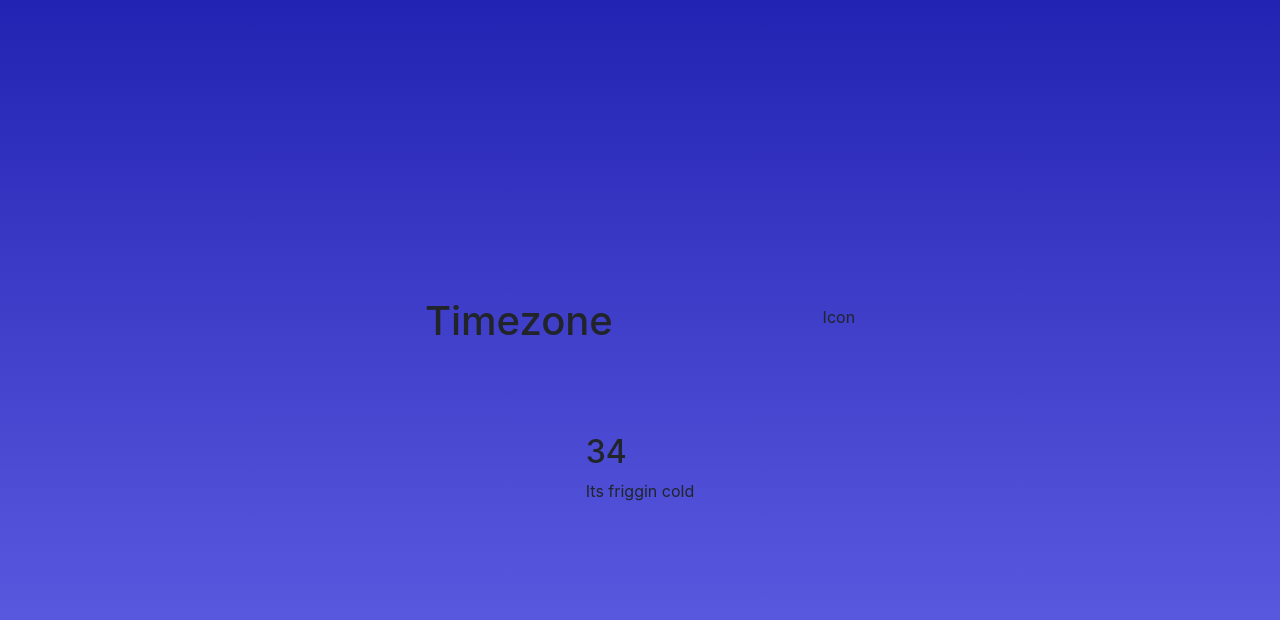
Repository: Samkiroko/js_weather_app
Page: /
The author's editor kept a copy of each file at every save. The page is drawn from the files as they stood at one save, then again after the next save.
The browser window is 1280 px wide. The pictures show the whole page.
The project was rebuilt for these pictures with package versions that can differ from the ones it lists, and the page was loaded fresh each time. Also part of the build but not shown: webpack.config.js.

Above is the page before, as saved 2020-07-28 01:32:56.
Console error: TypeError: Cannot read properties of null (reading 'appendChild')

### index.html
<!DOCTYPE html>
<html lang="en">
  <head>
    <meta charset="UTF-8" />
    <meta name="viewport" content="width=device-width, initial-scale=1.0" />
    <link rel="stylesheet" href="./style.css" />
    <title>Weather App</title>
  </head>
  <body>
    <div class="location">
      <h1 class="location-timezone">Timezone</h1>
      <p>Icon</p>
    </div>
    <div class="temperature">
      <h2 class="temperature-degree">34</h2>
      <div class="temperature-description">Its friggin cold</div>
    </div>
    <script src="app.js"></script>
  </body>
</html>

### src/index.js
import './assets/stylesheets/style.scss';
import {
  drawMainBox,
} from './assets/js/components';


drawMainBox();

### src/assets/stylesheets/style.scss
$dayBottomColor: rgb(97, 97, 230);
$dayTopColor: rgb(35, 35, 179);
$nightBottomColor: rgb(8, 4, 87);
$nigthTopColor: rgb(8, 7, 17);
$colorF: rgb(23, 214, 221);
$colorC: rgb(22, 112, 230);
$mediumFontSize: 2rem;
$largeFontSize: 3.2rem;

@import "~bootstrap/scss/bootstrap";

body {
  height: 100vh;
}

footer {
  a {
    color: rgb(199, 194, 194);
  }

  a:hover {
    color: rgb(99, 223, 240);
    text-decoration: none;
  }
}

.mainBox {
  height: 80vh;
  min-height: 400px;

  @media (max-width: 576px) { width: 95vw; }

  @media (min-width: 576px) and (max-width: 768px) { width: 90vw; }

  @media (min-width: 768px) { width: 80vw; }

  .title {
    @media (max-width: 576px) { font-size: 1rem; }

    @media (min-width: 576px) and (max-width: 768px) { font-size: 1.5rem; }

    @media (min-width: 768px) { font-size: 2rem; }
  }

  .medium-text {
    @media (max-width: 576px) { font-size: 1rem; }

    @media (min-width: 576px) and (max-width: 768px) { font-size: 1.5rem; }

    @media (min-width: 768px) { font-size: 2rem; }
  }

  .large-text {
    @media (max-width: 576px) { font-size: 1.5rem; }

    @media (min-width: 576px) and (max-width: 768px) { font-size: 2.1rem; }

    @media (min-width: 768px) { font-size: 3.2rem; }
  }

  .weatherBox {
    .cityBox {
      @media (max-width: 768px) { width: 40vw; }

      @media (min-width: 768px) { width: 50vw; }

      a:hover {
        text-decoration: none;
      }
    }

    .iconBox {
      width: 10vw;

      @media (max-width: 768px) { width: 10vw; }

      @media (min-width: 768px) { width: 20vw; }

      height: 10vw;
      min-width: 80px;
      min-height: 80px;
    }

    .temperatureBox {
      @media (max-width: 576px) { width: 35vw; }

      @media (min-width: 576px) and (max-width: 768px) { width: 30vw; }

      @media (min-width: 768px) { width: 20vw; }
    }

    .icons {
      width: 30px;
      height: 30px;
    }
  }
}

.switch {
  position: relative;
  display: inline-block;
  width: 60px;
  height: 34px;

  input {
    opacity: 0;
    width: 0;
    height: 0;
  }
}

.slider {
  position: absolute;
  cursor: pointer;
  top: 0;
  left: 0;
  right: 0;
  bottom: 0;
  background-color: $colorC;
  transition: 200ms;
}

.slider::before {
  position: absolute;
  content: "";
  height: 26px;
  width: 26px;
  left: 4px;
  bottom: 4px;
  background-color: white;
  transition: 200ms;
}

input:checked + .slider {
  background-color: $colorF;
}

input:focus + .slider {
  box-shadow: 0 0 1px blue;
}

input:checked + .slider::before {
  transform: translateX(26px);
}

.slider.round {
  border-radius: 34px;
}

.slider.round::before {
  border-radius: 50%;
}

.night {
  background: linear-gradient(to top, $nightBottomColor, $nigthTopColor);
}

.day {
  background: linear-gradient(to top, $dayBottomColor, $dayTopColor);
}

### src/assets/js/components.js
/* eslint-disable import/no-cycle, no-unused-vars */
import { max } from 'moment';
import render from './renderData';
import askAPIFor from './apiData';
import imgHumidity from '../images/humidity.png';
import skyLine from '../images/skyline.png';
import location from '../images/location.png';

const body = document.getElementsByTagName('body')[0];
const container = document.getElementById('container');
const mainBox = document.createElement('div');
const footer = document.createElement('footer');
const background = new Image();
const title = document.createElement('h1');
const textBoxArea = document.createElement('div');
const cityInput = document.createElement('input');
const weatherBox = document.createElement('div');
const cityBox = document.createElement('div');
const iconBox = document.createElement('div');
const temperatureBox = document.createElement('div');
const current = document.createElement('div');
const minMax = document.createElement('div');
const switchBox = document.createElement('div');
const labelSwitch = document.createElement('label');
const inputSwitch = document.createElement('input');
const spanSwitch = document.createElement('span');
const celsius = document.createElement('span');
const fahrenheit = document.createElement('span');
let metric = false;
let unit = '°F';

const tempCelsius = {
  current: 0,
  min: 0,
  max: 0,
};

const tempFahrenheit = {
  current: 0,
  min: 0,
  max: 0,
};

const drawMainBox = () => {
  body.classList.add('day');
  background.src = skyLine;
  mainBox.style.background = `url('${skyLine.slice(4, skyLine.length)}') top/cover no-repeat`;
  mainBox.classList.add('mainBox', 'border', 'border-white', 'mx-auto', 'my-4', 'rounded', 'text-white', 'd-flex', 'flex-column');
  const cityLabel = document.createElement('div');

  title.classList.add('title', 'text-center');
  title.innerHTML = 'Weather app';

  textBoxArea.classList.add('d-flex', 'flex-row', 'justify-content-center', 'align-items-center');

  cityInput.classList.add('w-50');

  cityInput.addEventListener('keypress', function func(e) {
    if (e.keyCode === 13) {
      render(askAPIFor(this.value));
    }
    return false;
  });

  weatherBox.classList.add('weatherBox', 'd-flex', 'flex-row', 'pt-5');

  cityLabel.classList.add('my-3', 'mr-3');
  cityLabel.innerHTML = 'City';

  cityBox.classList.add('cityBox');
  iconBox.classList.add('iconBox');
  iconBox.setAttribute('id', 'iconBox');
  temperatureBox.classList.add('temperatureBox');

  footer.classList.add('text-center', 'text-white', 'footer');
  footer.innerHTML = '© 2020 <a href=\'https://www.carlossantamaria.co\' target=\'_blank\'>Carlos Santamaría</a>';

  textBoxArea.appendChild(cityLabel);
  textBoxArea.appendChild(cityInput);

  weatherBox.appendChild(cityBox);
  weatherBox.appendChild(iconBox);
  weatherBox.appendChild(temperatureBox);

  mainBox.appendChild(title);
  mainBox.appendChild(textBoxArea);
  mainBox.appendChild(weatherBox);

  container.appendChild(mainBox);
  container.appendChild(footer);
};

const changeBackground = (time) => {
  if (time === 'night') {
    if (body.classList.contains('day')) {
      body.classList.remove('day');
    }
    body.classList.add('night');
  } else {
    if (body.classList.contains('night')) {
      body.classList.remove('night');
    }
    body.classList.add('day');
  }
};

const fillCityBox = (city, country, hour, message, humidity, linkMap) => {
  while (cityBox.firstChild) {
    cityBox.removeChild(cityBox.firstChild);
  }
  const place = document.createElement('div');
  const map = location.slice(4, location.length);
  const time = document.createElement('div');
  time.classList.add('medium-text', 'pl-lg-5', 'pl-3');
  const msg = document.createElement('div');
  const humidityBox = document.createElement('div');
  humidityBox.classList.add('d-flex', 'flex-row', 'align-items-center');
  const humidityIcon = new Image();
  humidityIcon.src = imgHumidity.slice(4, imgHumidity.length);
  humidityIcon.classList.add('mx-lg-5', 'mx-3');
  const humidityValue = document.createElement('div');
  humidityValue.innerHTML = `${humidity} %`;
  humidityValue.classList.add('medium-text', 'my-10');
  humidityBox.appendChild(humidityIcon);
  humidityBox.appendChild(humidityValue);
  msg.classList.add('medium-text', 'pl-lg-5', 'pl-3');
  place.innerHTML = `${city}, ${country} <a href='${linkMap}' target='_blank'><img src=${map}></a>`;
  place.classList.add('large-text', 'pl-lg-5', 'pl-3');
  time.innerHTML = hour;
  msg.innerHTML = message;
  cityBox.appendChild(place);
  cityBox.appendChild(time);
  cityBox.appendChild(msg);
  cityBox.appendChild(humidityBox);
};

const fillIconBox = (icon) => {
  const url = `http://openweathermap.org/img/w/${icon}.png`;
  const box = document.getElementById('iconBox');
  box.style.background = `url("${url}") center/cover no-repeat`;
};

const switchUnits = (metric) => {
  if (metric) {
    unit = '°C';
    current.innerHTML = `${tempCelsius.current} ${unit}`;
    minMax.innerHTML = `Min. ${tempCelsius.min}${unit} <br>  Max. ${tempCelsius.max}${unit}`;
  } else {
    unit = '°F';
    current.innerHTML = `${tempFahrenheit.current} ${unit}`;
    minMax.innerHTML = `Min. ${tempFahrenheit.min}${unit} <br>  Max. ${tempFahrenheit.max}${unit}`;
  }
};

const fillTemperatureBox = (temp, tMin, tMax) => {
  while (temperatureBox.firstChild) {
    temperatureBox.removeChild(temperatureBox.firstChild);
  }
  tempFahrenheit.current = temp;
  tempFahrenheit.min = tMin;
  tempFahrenheit.max = tMax;
  tempCelsius.current = Math.round(((temp - 32) * 5) / 9);
  tempCelsius.min = Math.round(((tMin - 32) * 5) / 9);
  tempCelsius.max = Math.round(((tMax - 32) * 5) / 9);
  if (metric) {
    switchUnits(metric);
  } else {
    current.innerHTML = `${temp} ${unit}`;
    minMax.innerHTML = `Min. ${tMin}${unit} <br>  Max. ${tMax}${unit}`;
  }
  current.classList.add('large-text', 'pl-lg-4');
  minMax.classList.add('medium-text', 'pl-lg-4');

  temperatureBox.appendChild(current);
  temperatureBox.appendChild(minMax);

  switchBox.classList.add('mx-lg-4');

  celsius.innerHTML = '°C';
  fahrenheit.innerHTML = '°F';

  labelSwitch.classList.add('switch', 'mx-lg-2');

  inputSwitch.setAttribute('type', 'checkbox');
  metric = inputSwitch.checked;

  spanSwitch.classList.add('slider', 'round');

  labelSwitch.appendChild(inputSwitch);
  labelSwitch.appendChild(spanSwitch);

  inputSwitch.addEventListener('change', () => {
    metric = inputSwitch.checked;
    switchUnits(metric);
  });

  switchBox.appendChild(fahrenheit);
  switchBox.appendChild(labelSwitch);
  switchBox.appendChild(celsius);
  temperatureBox.appendChild(switchBox);
};

export {
  body,
  drawMainBox,
  changeBackground,
  fillCityBox,
  fillIconBox,
  fillTemperatureBox,
};

### src/assets/js/renderData.js
/* eslint-disable import/no-cycle, no-unused-vars */
import moment from 'moment';
import regeneratorRuntime from 'regenerator-runtime';
import {
  changeBackground,
  fillCityBox,
  fillIconBox,
  fillTemperatureBox,
} from './components';

const render = async (data) => {
  const objectData = await data;
  const city = objectData.name;
  const { country } = objectData.sys;
  const temp = Math.round(objectData.main.temp);
  const tempMax = Math.round(objectData.main.temp_max);
  const tempMin = Math.round(objectData.main.temp_min);
  const { humidity } = objectData.main;
  const message = objectData.weather[0].description;
  const { icon } = objectData.weather[0];
  const timeZone = objectData.timezone;
  const offsetInMinutes = timeZone / 60;
  const currTime = moment().utcOffset(offsetInMinutes).format('h:mm A');
  const hours = parseInt(moment().utcOffset(offsetInMinutes).format('HH'), 10);
  const mapLink = `https://www.google.com/maps/@?api=1&map_action=map&center=${objectData.coord.lat},${objectData.coord.lon}&zoom=12&basemap=terrain`;
  if (hours < 6 || hours > 18) {
    changeBackground('night');
  } else {
    changeBackground('day');
  }

  fillCityBox(city, country, currTime, message, humidity, mapLink);
  fillIconBox(icon);
  fillTemperatureBox(temp, tempMin, tempMax);
};


export default render;

### style.css
* {
  margin: 0;
  padding: 0;
  box-sizing: border-box;
}

body {
  height: 100vh;
  display: flex;
  justify-content: center;
  flex-direction: column;
  align-items: center;
  background: linear-gradient(rgb(47, 150, 163), rgb(48, 62, 143));
  font-family: sans-serif;
  color: white;
}

.location {
  height: 30vh;
  width: 50%;
  display: flex;
  justify-content: space-around;
  align-items: center;
}

Loaded but not shown: src/assets/js/apiData.js (no copy from this time; the picture is the same without it); app.js (no stored copy; drawn as an empty file)

After the next save:
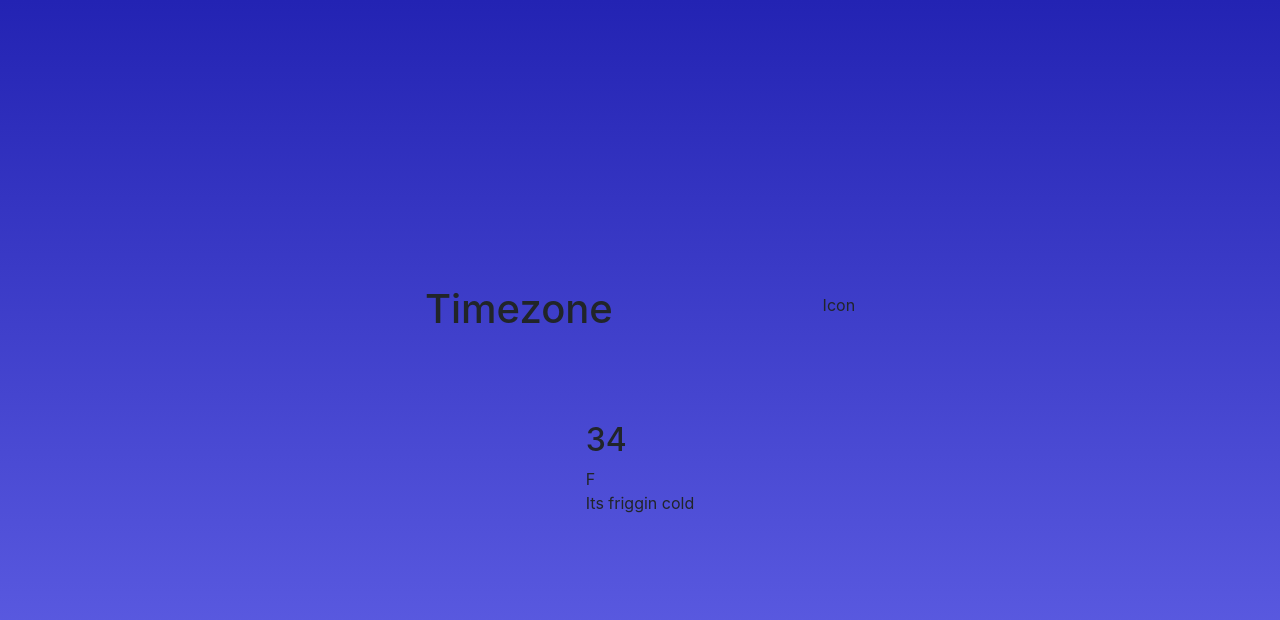
Saved 4 s later.
--- a/index.html
+++ b/index.html
@@ -12,7 +12,10 @@
       <p>Icon</p>
     </div>
     <div class="temperature">
-      <h2 class="temperature-degree">34</h2>
+      <div class="degree-section">
+        <h2 class="temperature-degree">34</h2>
+        <span>F</span>
+      </div>
       <div class="temperature-description">Its friggin cold</div>
     </div>
     <script src="app.js"></script>
